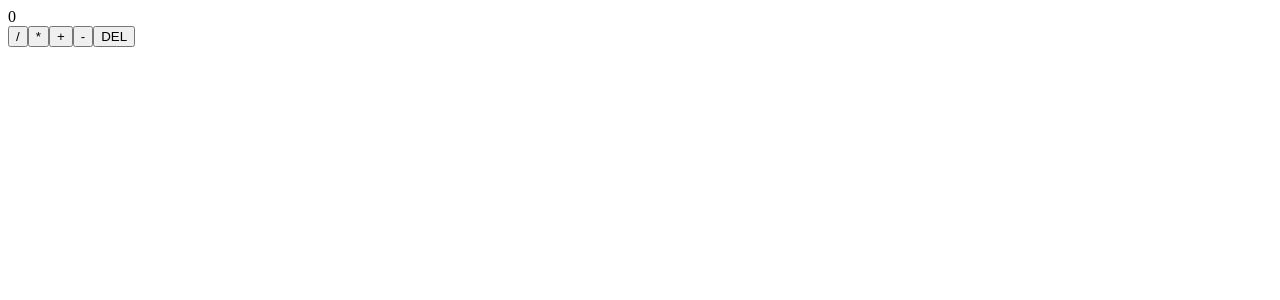
Repository: wakoya-tech/calculator-app
Page: /
An editor plug-in stored every save of this project. The page is shown before and after the next save, followed by the edit.
The browser window is 1280 px wide. The pictures show the whole page.
The project was rebuilt for these pictures with package versions that can differ from the ones it lists, and the page was loaded fresh each time. Also part of the build but not shown: vite.config.js, src/App.css.

Above is the page before, as saved 2025-10-16 22:31:53.

After the next save:
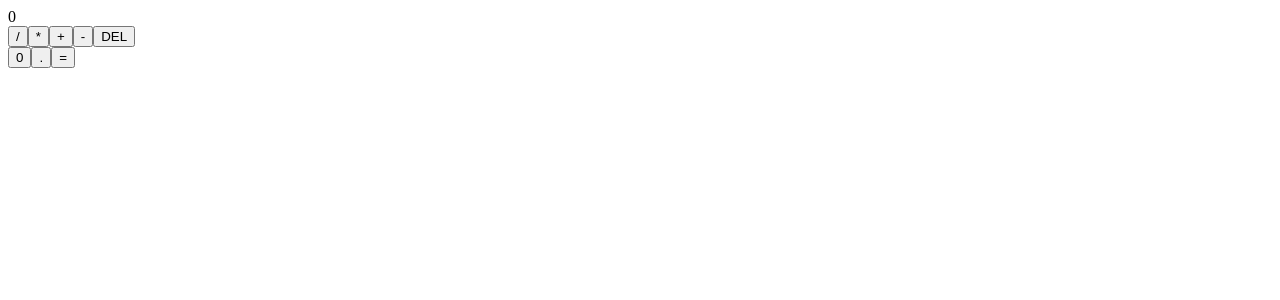
Saved 4 min 30 s later.
--- a/src/App.jsx
+++ b/src/App.jsx
@@ -1,4 +1,12 @@
 function App() {
+  const createDigits=()=>{
+    const digits=[];
+    for(let i=1; i<10;i++){
+      digits.push(
+        <button key={i}>{i}</button>
+      )
+    }
+  }
   return (
     <div className="App">
      <div className="calculator">
@@ -12,6 +20,11 @@ function App() {
         <button>-</button>
         <button>DEL</button>
       </div>
+      <div className="digits">
+        <button>0</button>
+        <button>.</button>
+        <button>=</button>
+      </div>
      </div>
 
     </div>
